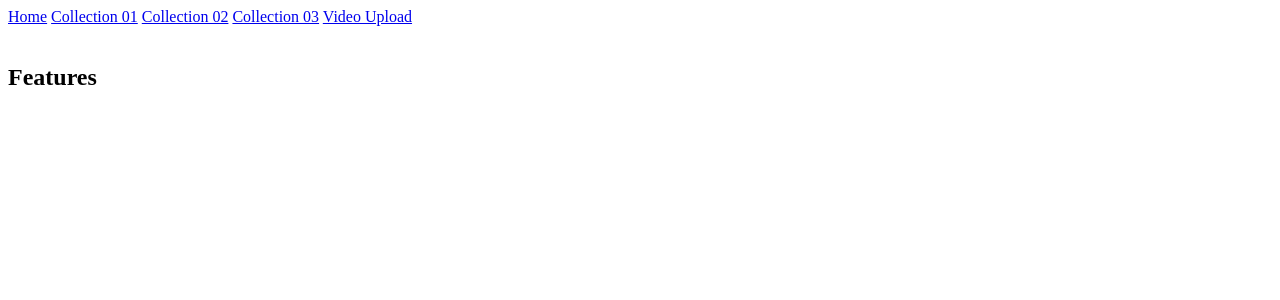
Repository: JoaoLemesDEV/Project-MyTube
Page: index.html
These files come from the project's save history. The page is drawn as it stood at one moment and after a run of saves; the edit follows.
The browser window is 1280 px wide. The pictures show the whole page.

Above is the page before, as saved 2021-10-10 20:14:27.

After the next 2 saves:
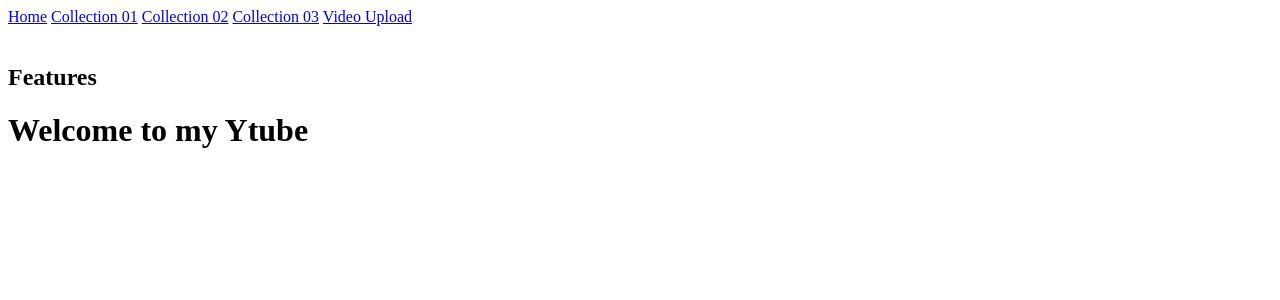
The 2 saves are shown as one change because they came seconds apart.
The last was saved 9 s later.
--- a/index.html
+++ b/index.html
@@ -18,7 +18,7 @@
   <br><h2>Features</h2>
 
   <header>
-    <h1></h1>
+    <h1>Welcome to my Ytube</h1>
   </header>
   <section id="collection01">
 
